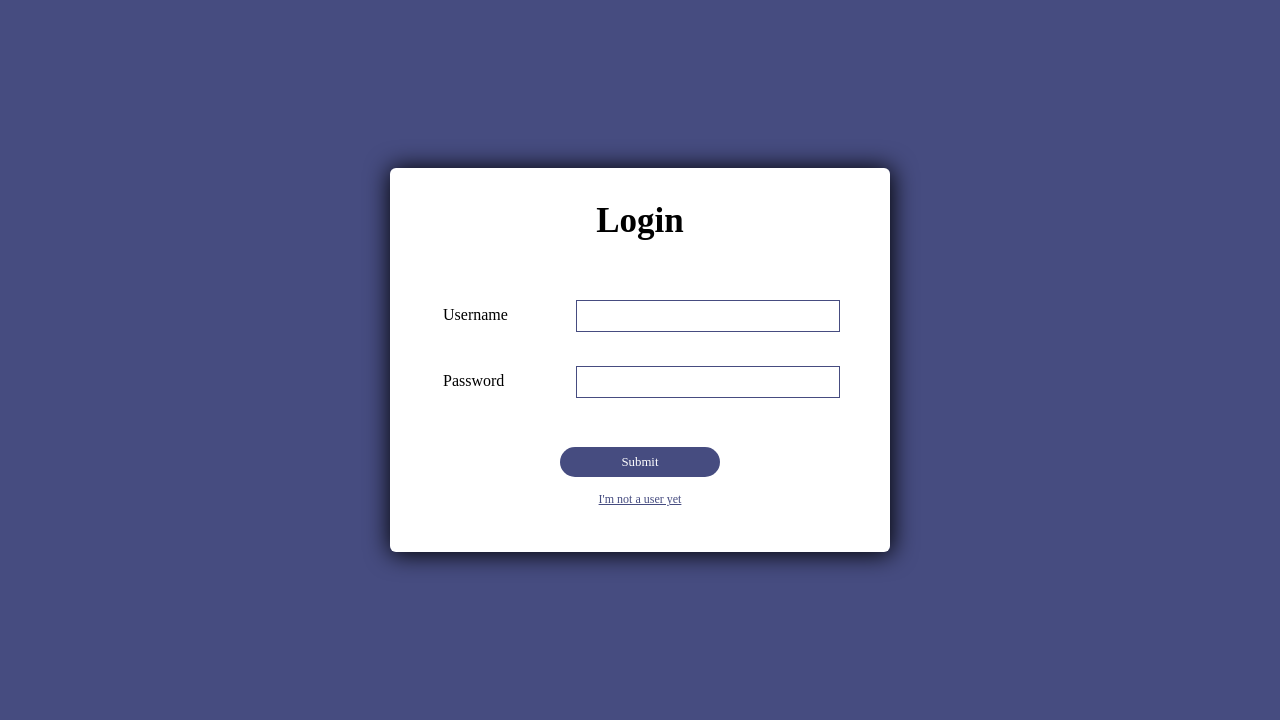
Repository: ivanmirandastavenuiter/jsp-raw-crud
Page: http://localhost/CH33TZ/index.jsp
An editor plug-in stored every save of this project. The page is shown before and after the next save, followed by the edit.
The browser window is 1280 px wide. The pictures show the whole page.
Some web fonts or font styles are not loaded; a fallback is used. The page is served by Tomcat 9.

Above is the page before, as saved 2020-05-12 12:30:12.

After the next save:
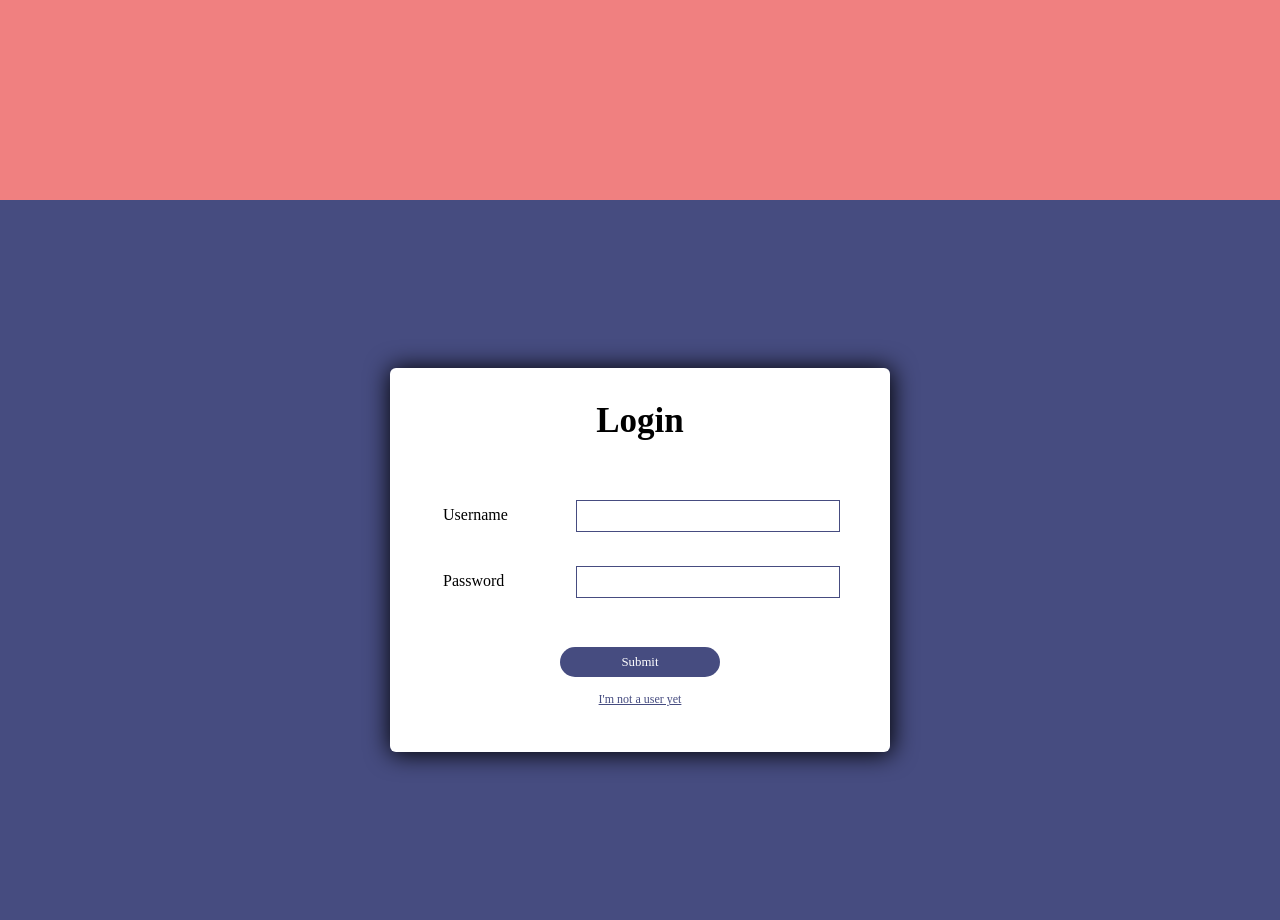
Saved 2 h 7 min later.
--- a/CH33TZ/WebContent/index.jsp
+++ b/CH33TZ/WebContent/index.jsp
@@ -34,7 +34,7 @@
 		height: 100%;
 	}
 
-	div.register-result-div {
+	div.register-result-container {
 		height: 200px;
 		background: lightcoral;
 	}
